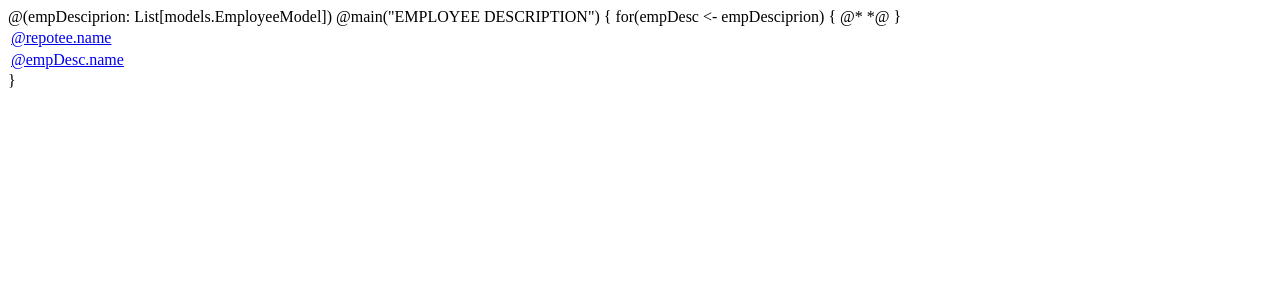
Repository: sumitkum200690/PLAY_SLICK
Page: Play_DB/app/views/employeeByIdDescription.scala.html
These files come from the project's save history. The page is drawn as it stood at one moment and after the next save; the edit follows.
The browser window is 1280 px wide. The pictures show the whole page.

Above is the page before, as saved 2015-09-22 14:01:37.

### Play_DB/app/views/employeeByIdDescription.scala.html
@(empDesciprion: List[models.EmployeeModel])

@main("EMPLOYEE DESCRIPTION") {

<table>

  for(empDesc <- empDesciprion) {


@*   <tr><td><a href="/reporteeDescription/@dept.departmentName/@dept.id">@repotee.name</a></td></tr>  *@

  	<tr><td><a href="/reporteeDescription/@empDesc.name/@empDesc.id">@empDesc.name</a></td></tr>
  }
  </table>

}

After the next save:
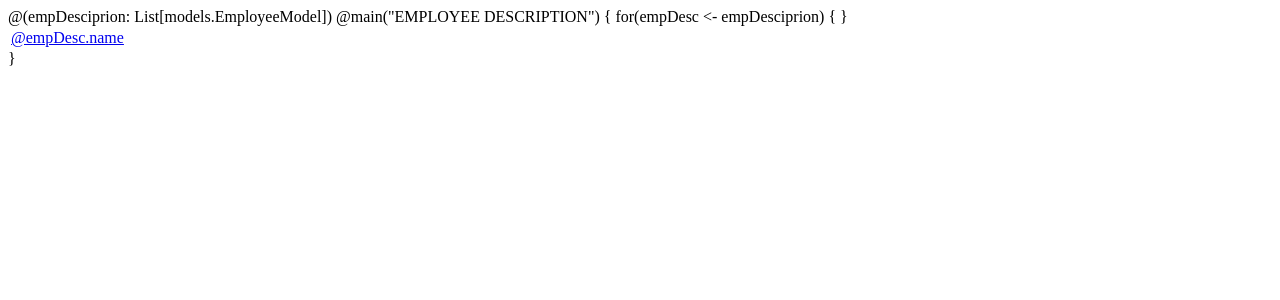
Saved 29 s later.
--- a/Play_DB/app/views/employeeByIdDescription.scala.html
+++ b/Play_DB/app/views/employeeByIdDescription.scala.html
@@ -7,7 +7,7 @@
   for(empDesc <- empDesciprion) {
 
 
-@*   <tr><td><a href="/reporteeDescription/@dept.departmentName/@dept.id">@repotee.name</a></td></tr>  *@
+
 
   	<tr><td><a href="/reporteeDescription/@empDesc.name/@empDesc.id">@empDesc.name</a></td></tr>
   }
